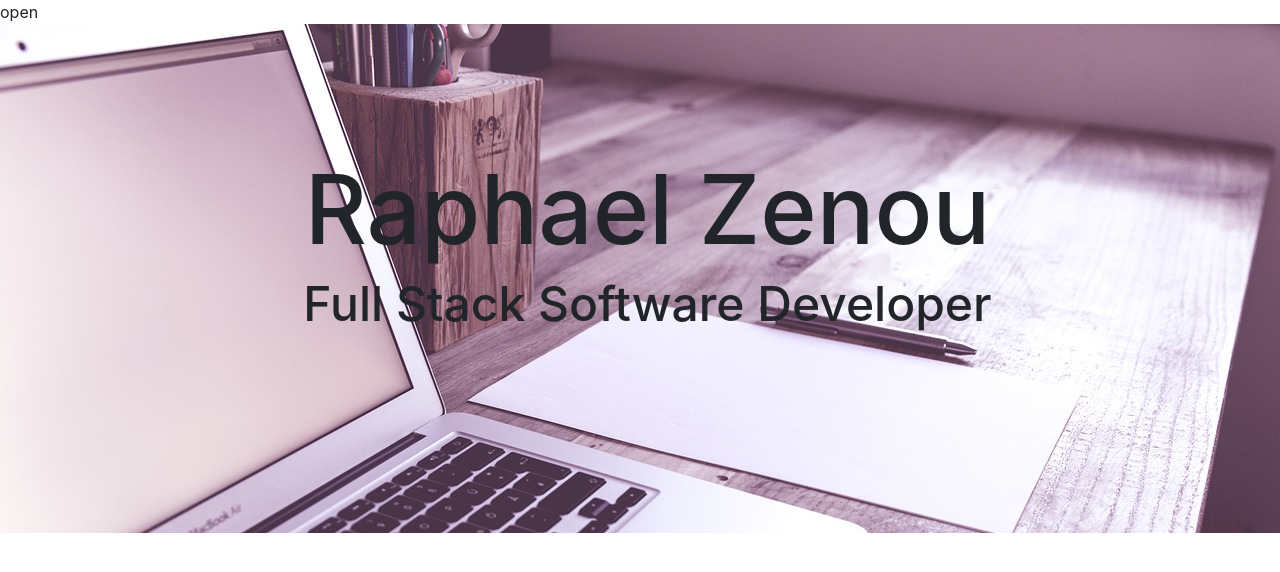
Repository: Code-Institute-Submissions/resume
Page: index.html
The author's editor kept a record of every edit. The page is drawn from the files as they stood at one moment, then again after the next edit.
The browser window is 1280 px wide. The pictures show the whole page.

Above is the page before.

After the next edit:
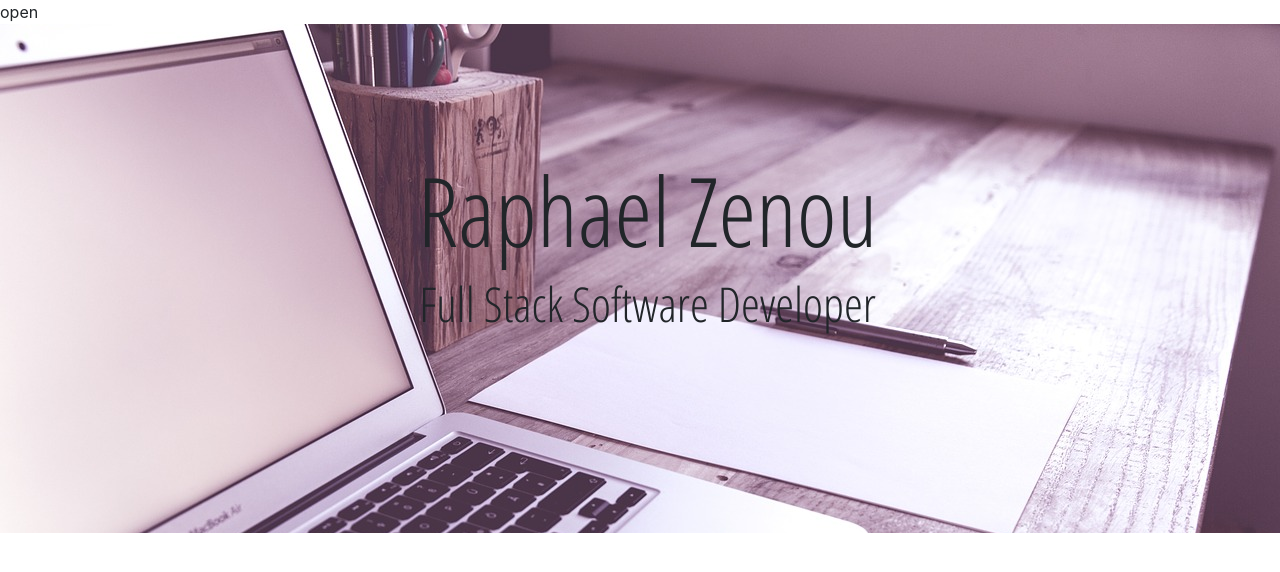
The edit:
--- a/assets/css/style.css
+++ b/assets/css/style.css
@@ -2,7 +2,7 @@
 
 /* -------------------------------------------------------------------------------GENERAL */
 
-.container-fluid .sidenav a {
+.container-fluid, .sidenav a {
   font-family: 'Open Sans Condensed', 'sans-serif';
 }
 
